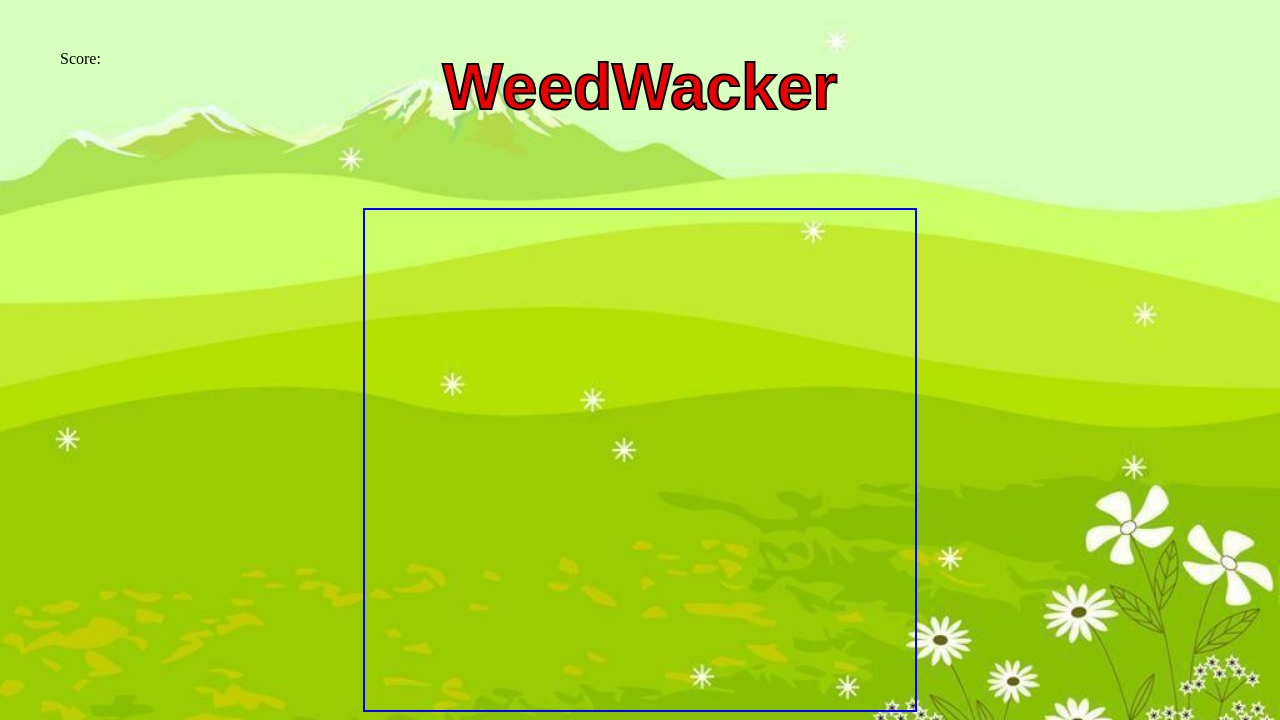
Repository: AustinW24/weedwacker
Page: main.html
An editor plug-in stored every save of this project. The page is shown before and after the next save, followed by the edit.
The browser window is 1280 px wide. The pictures show the whole page.
Some web fonts or font styles are not loaded; a fallback is used.

Above is the page before, as saved 2022-02-08 14:27:37.

### main.html
<!DOCTYPE html>
<html lang="en">

<head>
    <meta charset="UTF-8">
    <meta name="viewport" content="width=device-width, initial-scale=1.0">
    <meta http-equiv="X-UA-Compatible" content="ie=edge">
    <title>WeedWacker</title>
    <link href="http://fonts.cdnfonts.com/css/common-pixel" rel="stylesheet">
    <link rel="stylesheet" href="style.css">
</head>

<body>
    <script src="index.js"></script>
    <div class="container">

        <div class="score">Score: </div>
        <div class="heading">
            <h1 class="title">WeedWacker</h1>
        </div>

        <div class="grid"></div>

    </div>
</body>

</html>

### style.css
* {
    box-sizing: border-box;
    margin: 0 auto;
}

.container {
    height: 100vh;
    width: 100vw;
    background: url("/assets/wwbackground.jpg") no-repeat center;
    background-size: 100%;
    display: flex;
    align-items: center;
    justify-content: center;
    position: relative;
}

.grid {
    display: grid;
    place-items: center;
    grid-template-columns: repeat(4, 1fr);
    grid-template-rows: repeat(4, 1fr);
    column-gap: 10px;
    row-gap: 15px;
    width: 550px;
    height: 500px;
    position: absolute;
    bottom: 0;
    margin-bottom: 10px;
    outline: 2px solid blue;
    justify-content: center;
}

.heading {
    display: flex;
    position: absolute;
    top: 0;
    margin-top: 50px;
    font-family: 'Common Pixel', sans-serif;
    color: rgb(235, 0, 0);
    font-size: 2rem;
    -webkit-text-stroke-width: 2px;
    -webkit-text-stroke-color: black;
}

.score {
    left: 0;
    position: absolute;
    top: 0;
    margin-top: 50px;
    margin-left: 60px;
}

### index.js
let score = 0;

After the next save:
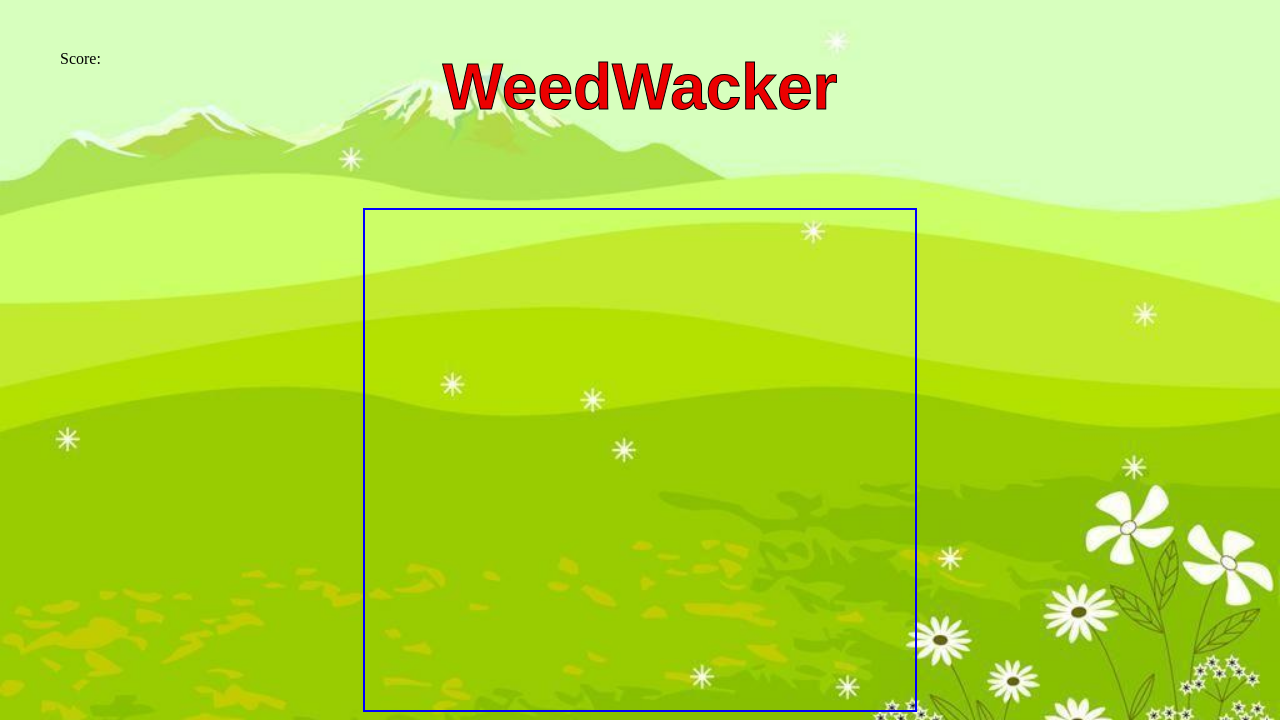
Saved 9 s later.
--- a/style.css
+++ b/style.css
@@ -38,7 +38,7 @@
     font-family: 'Common Pixel', sans-serif;
     color: rgb(235, 0, 0);
     font-size: 2rem;
-    -webkit-text-stroke-width: 2px;
+    -webkit-text-stroke-width: 1px;
     -webkit-text-stroke-color: black;
 }
 
